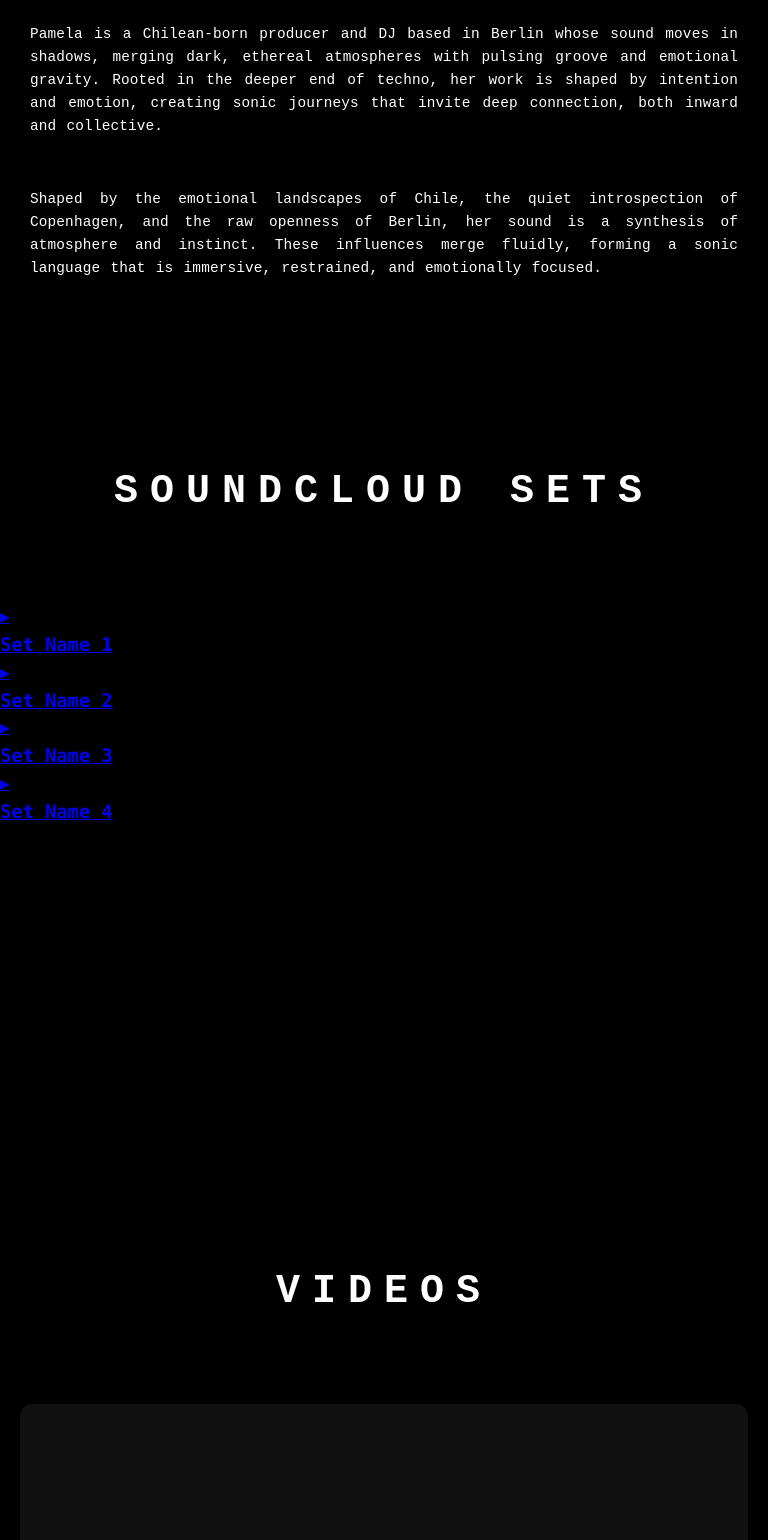
Repository: Svartalv/ReactPortfolio
Page: /
The author's editor kept a copy of each file at every save. The page is drawn from the files as they stood at one save, then again after the next save.
The browser window is 768 px wide. The pictures show the part of the page from y = 1328 to 2868 px (the page is 8122 px tall).
Pictures or frames that could not be fetched are drawn as grey boxes. The project was rebuilt for these pictures with package versions that can differ from the ones it lists, and the page was loaded fresh each time. Also part of the build but not shown: vite.config.js, src/components/Modal.jsx.

Above is the page before, as saved 2025-10-10 16:35:44.

### index.html
<!doctype html>
<html lang="en">
  <head>
    <meta charset="UTF-8" />
    <link rel="icon" type="image/svg+xml" href="/vite.svg" />
    <meta name="viewport" content="width=device-width, initial-scale=1.0" />
    <link rel="preconnect" href="https://fonts.googleapis.com">
    <link rel="preconnect" href="https://fonts.gstatic.com" crossorigin>
    <link href="https://fonts.googleapis.com/css2?family=Cinzel:wght@400;500;600&display=swap" rel="stylesheet">
    <title>react-presskit</title>
  </head>
  <body>
    <div id="root"></div>
    <script type="module" src="/src/main.jsx"></script>
  </body>
</html>

### src/index.css
:root { --bg:#000; --fg:#fff; }
*{box-sizing:border-box;margin:0;padding:0}
html,body,#root{height:100%}
body{
  font-family: ui-monospace, SFMono-Regular, Menlo, Monaco, Consolas, "Liberation Mono", "Courier New", monospace;
  background:var(--bg);
  color:var(--fg);
  line-height:1.6;
  scroll-behavior:smooth;
}

/* NAVBAR */
.navbar{position:sticky;top:0;z-index:50;background:#000;backdrop-filter:blur(10px)}
.nav-container{max-width:1200px;margin:0 auto;padding:20px 40px;display:flex;justify-content:center;align-items:center}
.nav-menu{list-style:none;display:flex;gap:3rem;margin:0;padding:0}
.navbar a{color:#fff;text-decoration:none;opacity:.55;text-transform:uppercase;letter-spacing:.12em;font-size:.9rem;font-weight:500;transition:opacity .3s ease}
.navbar a:hover{opacity:.95}
.mobile-menu-toggle{display:none;background:none;border:none;color:#fff;cursor:pointer;padding:8px}

/* HERO */
.hero{min-height:100vh;position:relative;overflow:hidden;display:flex;align-items:center;justify-content:flex-end;padding-right:20px}
.hero-bg{position:absolute;top:0;left:0;width:100%;height:100%;background-size:cover;background-position:center;background-repeat:no-repeat;background-attachment:fixed}
.floating-social-icons{position:fixed;top:50%;right:30px;transform:translateY(-50%);display:flex;flex-direction:column;gap:25px;z-index:100;opacity:0;animation:fadeInRight 1.5s ease-out 2s forwards}
.floating-social-icons a{color:rgba(255,255,255,.8);padding:12px;width:45px;height:45px;display:grid;place-items:center;text-decoration:none;border-radius:50%;transition:transform .2s, color .2s;font-size:18px;background:none;border:none}
.floating-social-icons a:hover{color:#fff;transform:scale(1.1)}

/* PARALLAX SECTION */
.parallax-section{height:60vh;position:relative;overflow:hidden}
.parallax-bg{position:absolute;top:-20%;left:0;width:100%;height:140%;background-size:cover;background-position:center;background-repeat:no-repeat;background-attachment:fixed;filter:brightness(0.8)}

/* GENERIC SECTIONS */
section{padding:90px 20px}
h2{text-transform:uppercase;letter-spacing:.18em;text-align:center;margin-bottom:36px;font-weight:700}

/* BIO SECTION */
.bio-section { padding: 0; margin-top: 80px; }
.bio-container { display: flex; min-height: 70vh; }
.bio-image { flex: 0 0 40%; position: relative; overflow: hidden; }
.bio-image img { width: 100%; height: 100%; object-fit: cover; display: block; }
.bio-image::before { content: ''; position: absolute; top: 0; left: 0; right: 0; bottom: 0; background: linear-gradient(45deg, rgba(0,0,0,0.1), transparent); z-index: 1; }
.bio-content { flex: 0 0 60%; background: #000; padding: 100px 100px 100px 100px; display: flex; flex-direction: column; justify-content: center; position: relative; }
.bio-content h2 {
  text-align: left;
  margin-bottom: 100px;
  font-size: 3.2rem;
  font-weight: 700;
  letter-spacing: .45em;
  line-height: 1.0;
  opacity: 0;
  font-family: 'Courier New', 'Monaco', 'Menlo', monospace;
  color: #fff;
  text-transform: uppercase;
  transform: translateY(30px);
  transition: all 0.8s ease-out;
}

.bio-content h2.animate {
  opacity: 1;
  transform: translateY(0);
}
.bio-text { margin-bottom: 60px; }
.paragraph-text {
  font-size: 1.1rem;
  line-height: 2.2;
  color: #fff;
  font-weight: 500;
  letter-spacing: 0.01em;
  font-family: 'Courier New', 'Monaco', 'Menlo', monospace;
  opacity: 0;
  margin-bottom: 50px;
  text-align: justify;
  text-justify: inter-word;
  word-spacing: 0.1em;
  transform: translateY(20px);
  transition: all 0.8s ease-out;
}

.paragraph-text.animate {
  opacity: 1;
  transform: translateY(0);
}

.bio-social-icons {
  position: fixed;
  right: 40px;
  top: 50%;
  transform: translateY(-50%);
  display: flex;
  flex-direction: column;
  gap: 25px;
  z-index: 1000;
}

.bio-social-icons a {
  color: #fff;
  text-decoration: none;
  transition: opacity 0.2s;
  font-size: 24px;
}

.bio-social-icons a:hover {
  opacity: 0.7;
}

/* Animations */
@keyframes fadeInUp {
  from {
    opacity: 0;
    transform: translateY(40px);
  }
  to {
    opacity: 1;
    transform: translateY(0);
  }
}

@keyframes fadeInRight {
  from {
    opacity: 0;
    transform: translateY(-50%) translateX(40px);
  }
  to {
    opacity: 1;
    transform: translateY(-50%) translateX(0);
  }
}

@keyframes blink {
  0%, 50% { opacity: 1; }
  51%, 100% { opacity: 0; }
}

@keyframes smoothBlink {
  0%, 60% { opacity: 1; }
  61%, 100% { opacity: 0.3; }
}

@keyframes fadeInParagraph {
  from {
    opacity: 0;
    transform: translateY(20px);
  }
  to {
    opacity: 1;
    transform: translateY(0);
  }
}

/* VIDEO GALLERY */
.video-gallery{display:grid;grid-template-columns:repeat(auto-fit,minmax(340px,1fr));gap:28px;max-width:1200px;margin:0 auto}
.video-item{background:rgba(255,255,255,.05);border-radius:12px;overflow:hidden}
.video-item.featured { grid-column: span 2; }
.video-thumbnail{height:260px}
.video-thumbnail iframe { width: 100%; height: 100%; border: 0; }
.video-info{padding:16px;text-align:center}

@media (max-width: 768px) {
  .video-item.featured { grid-column: span 1; }
  .video-thumbnail { height: 200px; }

  /* Mobile Navbar */
  .nav-container { padding: 15px 20px; justify-content: space-between; }
  .mobile-menu-toggle { display: block; }
  .nav-menu {
    position: fixed;
    top: 70px;
    left: -100%;
    width: 100%;
    height: calc(100vh - 70px);
    background: rgba(0,0,0,0.95);
    backdrop-filter: blur(10px);
    flex-direction: column;
    justify-content: flex-start;
    align-items: center;
    padding-top: 50px;
    gap: 2rem;
    transition: left 0.3s ease;
  }
  .nav-menu-open { left: 0; }
  .navbar a { font-size: 1.1rem; opacity: 0.8; }

  .hero { padding-right: 20px; }
  .hero .social-icons { gap: 20px; }
  .hero-bg { background-attachment: scroll; }
  .parallax-bg { background-attachment: scroll; }

  /* Mobile Bio */
  .bio-section { margin-top: 60px; }
  .bio-container { flex-direction: column; }
  .bio-image { flex: 0 0 40vh; }
  .bio-content { flex: 1; padding: 40px 30px; }
  .bio-content h2 { font-size: 2rem; margin-bottom: 30px; }
  .bio-text { margin-bottom: 30px; }
  .paragraph-text { font-size: 0.9rem; line-height: 1.6; }
  .floating-social-icons { right: 15px; gap: 15px; }
  .floating-social-icons a { width: 40px; height: 40px; font-size: 16px; }
}

/* SOUNDCLOUD SETS SECTION */
.soundcloud-section {
  background: #000;
  padding: 80px 0;
  min-height: 100vh;
}

.soundcloud-header {
  text-align: center;
  margin-bottom: 80px;
}

.soundcloud-header h2 {
  font-family: 'Courier New', 'Monaco', 'Menlo', monospace;
  font-size: 3.5rem;
  font-weight: 700;
  letter-spacing: 0.4em;
  color: #fff;
  text-transform: uppercase;
  opacity: 0;
  transform: translateY(30px);
  transition: all 0.8s ease-out;
}

.soundcloud-header h2.animate {
  opacity: 1;
  transform: translateY(0);
}

.soundcloud-container {
  max-width: 1200px;
  margin: 0 auto;
  padding: 0 40px;
  display: flex;
  flex-direction: column;
  gap: 100px;
}

.soundcloud-poster {
  opacity: 0;
  transform: translateY(60px);
  transition: all 1s ease-out;
}

.soundcloud-poster.animate {
  opacity: 1;
  transform: translateY(0);
}

.soundcloud-player {
  position: relative;
  width: 100%;
  height: 300px;
  background: #111;
  border-radius: 12px;
  overflow: hidden;
  box-shadow: 0 20px 40px rgba(0, 0, 0, 0.4);
  transition: all 0.3s ease;
}

.soundcloud-poster:hover .soundcloud-player {
  transform: translateY(-10px);
  box-shadow: 0 30px 60px rgba(0, 0, 0, 0.6);
}

.soundcloud-player iframe {
  width: 100%;
  height: 100%;
  border: none;
}

.soundcloud-title {
  margin-top: 40px;
  text-align: center;
}

.soundcloud-title h3 {
  font-family: 'Courier New', 'Monaco', 'Menlo', monospace;
  font-size: 2.5rem;
  font-weight: 600;
  color: #fff;
  letter-spacing: 0.15em;
  text-transform: uppercase;
  line-height: 1.2;
}

/* Mobile Responsive for SoundCloud */
@media (max-width: 768px) {
  .soundcloud-section { padding: 60px 0; }
  .soundcloud-header h2 { font-size: 2.5rem; letter-spacing: 0.3em; }
  .soundcloud-container {
    gap: 60px;
    padding: 0 20px;
  }
  .soundcloud-player { height: 200px; }
  .soundcloud-title h3 { font-size: 1.8rem; }
}

/* SOUNDCLOUD SETS SECTION */
.soundcloud-section {
  background: #000;
  padding: 80px 0;
  min-height: 100vh;
}

.soundcloud-header {
  text-align: center;
  margin-bottom: 80px;
}

.soundcloud-header h2 {
  font-family: 'Courier New', 'Monaco', 'Menlo', monospace;
  font-size: 3.5rem;
  font-weight: 700;
  letter-spacing: 0.4em;
  color: #fff;
  text-transform: uppercase;
  opacity: 0;
  transform: translateY(30px);
  transition: all 0.8s ease-out;
}

.soundcloud-header h2.animate {
  opacity: 1;
  transform: translateY(0);
}

.soundcloud-container {
  max-width: 1200px;
  margin: 0 auto;
  padding: 0 40px;
  display: flex;
  flex-direction: column;
  gap: 100px;
}

.soundcloud-poster {
  opacity: 0;
  transform: translateY(60px);
  transition: all 1s ease-out;
}

.soundcloud-poster.animate {
  opacity: 1;
  transform: translateY(0);
}

.soundcloud-player {
  position: relative;
  width: 100%;
  height: 300px;
  background: #111;
  border-radius: 12px;
  overflow: hidden;
  box-shadow: 0 20px 40px rgba(0, 0, 0, 0.4);
  transition: all 0.3s ease;
}

.soundcloud-poster:hover .soundcloud-player {
  transform: translateY(-10px);
  box-shadow: 0 30px 60px rgba(0, 0, 0, 0.6);
}

.soundcloud-player iframe {
  width: 100%;
  height: 100%;
  border: none;
}

.soundcloud-title {
  margin-top: 40px;
  text-align: center;
}

.soundcloud-title h3 {
  font-family: 'Courier New', 'Monaco', 'Menlo', monospace;
  font-size: 2.5rem;
  font-weight: 600;
  color: #fff;
  letter-spacing: 0.15em;
  text-transform: uppercase;
  line-height: 1.2;
}

/* Mobile Responsive for SoundCloud */
@media (max-width: 768px) {
  .soundcloud-section { padding: 60px 0; }
  .soundcloud-header h2 { font-size: 2.5rem; letter-spacing: 0.3em; }
  .soundcloud-container {
    gap: 60px;
    padding: 0 20px;
  }
  .soundcloud-player { height: 200px; }
  .soundcloud-title h3 { font-size: 1.8rem; }
}

/* VIDEOS SECTION - ONE BY ONE */
.videos-section {
  background: #000;
  padding: 80px 0;
  min-height: 100vh;
}

.videos-header {
  text-align: center;
  margin-bottom: 80px;
}

.videos-header h2 {
  font-family: 'Courier New', 'Monaco', 'Menlo', monospace;
  font-size: 3.5rem;
  font-weight: 700;
  letter-spacing: 0.4em;
  color: #fff;
  text-transform: uppercase;
  opacity: 0;
  transform: translateY(30px);
  transition: all 0.8s ease-out;
}

.videos-header h2.animate {
  opacity: 1;
  transform: translateY(0);
}

.videos-container {
  max-width: 1200px;
  margin: 0 auto;
  padding: 0 40px;
  display: flex;
  flex-direction: column;
  gap: 100px;
}

.video-poster {
  opacity: 0;
  transform: translateY(60px);
  transition: all 1s ease-out;
}

.video-poster.animate {
  opacity: 1;
  transform: translateY(0);
}

.video-thumbnail {
  position: relative;
  width: 100%;
  height: 400px;
  background: #111;
  border-radius: 12px;
  overflow: hidden;
  box-shadow: 0 20px 40px rgba(0, 0, 0, 0.4);
  transition: all 0.3s ease;
}

.video-poster:hover .video-thumbnail {
  transform: translateY(-10px);
  box-shadow: 0 30px 60px rgba(0, 0, 0, 0.6);
}

.video-thumbnail iframe {
  width: 100%;
  height: 100%;
  border: none;
}

.video-title {
  margin-top: 40px;
  text-align: center;
}

.video-title h3 {
  font-family: 'Courier New', 'Monaco', 'Menlo', monospace;
  font-size: 2.5rem;
  font-weight: 600;
  color: #fff;
  letter-spacing: 0.15em;
  text-transform: uppercase;
  line-height: 1.2;
}

/* Mobile Responsive */
@media (max-width: 768px) {
  .videos-section { padding: 60px 0; }
  .videos-header h2 { font-size: 2.5rem; letter-spacing: 0.3em; }
  .videos-container {
    gap: 60px;
    padding: 0 20px;
  }
  .video-thumbnail { height: 250px; }
  .video-title h3 { font-size: 1.8rem; }
}
.photo-item{width:220px;height:220px;margin:0 auto;border-radius:10px;overflow:hidden;background:rgba(255,255,255,.05);cursor:pointer;transition:transform .18s ease}
.photo-item:hover { transform: translateY(-4px); }
.photo-item img { width: 100%; height: 100%; object-fit: cover; display: block; }

/* EVENTS */
.events-section .ra-integration{display:grid;grid-template-columns:1fr 2fr;gap:36px;max-width:1100px;margin:0 auto;text-align:left}
.ra-profile { background: rgba(255,255,255,0.05); padding: 20px; border-radius: 10px; }
.ra-link{color:#fff;border:1px solid #fff;padding:10px 16px;border-radius:6px;display:inline-block;margin-top:10px;text-decoration:none}
.event-list { display: flex; flex-direction: column; gap: 12px; }
.event-item{display:flex;gap:16px;align-items:center;background:rgba(255,255,255,.05);padding:16px;border-radius:8px}
.event-date { background: rgba(255,255,255,0.1); padding: 6px 10px; border-radius: 6px; min-width: 90px; text-align: center; }
.events-list { list-style: none; padding: 0; max-width: 700px; margin: 20px auto 0; }
.events-list li { padding: 8px 0; border-bottom: 1px solid rgba(255,255,255,0.1); }

/* TECH RIDER */
.tech-content{max-width:600px;margin:0 auto;display:flex;justify-content:center}
.tech-category { background: rgba(255,255,255,0.05); padding: 24px; border-radius: 8px; }
.tech-category h3 { margin-bottom: 12px; }
.tech-category ul { list-style: none; padding: 0; margin: 0; }
.tech-category li { padding: 10px 0; border-bottom: 1px solid rgba(255,255,255,0.1); }
.tech-category li:last-child { border-bottom: none; }

/* CONTACT */
.contact-section { text-align: center; }

/* MODAL */
.modal-overlay { position: fixed; inset: 0; background: rgba(0,0,0,0.9); display: flex; align-items: center; justify-content: center; z-index: 1000; padding: 20px; }
.modal-content { position: relative; max-width: 90%; max-height: 90%; }
.modal-image { max-width: 100%; max-height: 100%; object-fit: contain; border-radius: 8px; }
.modal-close { position: absolute; top: -40px; right: 0; background: none; border: none; color: #fff; font-size: 2rem; cursor: pointer; }

### src/App.jsx
import { useState } from 'react'
import Navbar from './components/Navbar'
import Hero from './components/Hero'
import Bio from './components/Bio'
import SoundCloudSets from './components/SoundCloudSets'
import Videos from './components/Videos'
import Parallax from './components/Parallax'
import Photos from './components/Photos'
import Events from './components/Events'
import TechRider from './components/TechRider'
import Contact from './components/Contact'
import Modal from './components/Modal'

function App() {
  const [modalImage, setModalImage] = useState(null)

  const openModal = (src) => {
    setModalImage(src)
    document.body.style.overflow = 'hidden'
  }

  const closeModal = () => {
    setModalImage(null)
    document.body.style.overflow = 'auto'
  }

  return (
    <div id="app">
      <Navbar />
      <Hero />
      <Bio />
      <SoundCloudSets />
      <Videos openModal={openModal} />
      <Parallax />
      <Photos openModal={openModal} />
      <Events />
      <TechRider />
      <Contact />
      <Modal modalImage={modalImage} closeModal={closeModal} />
      </div>
  )
}

export default App

### src/components/Hero.jsx
import { FaSpotify, FaSoundcloud, FaInstagram } from 'react-icons/fa'

const Hero = () => {
  return (
    <section id="home" className="hero">
      <div className="hero-bg" style={{backgroundImage: "url('/assets/hero/hero-1.jpeg')"}}></div>
    </section>
  )
}

export default Hero

### src/components/Parallax.jsx
const Parallax = () => {
  return (
    <section className="parallax-section">
      <div className="parallax-bg" style={{backgroundImage: "url('/assets/runes.jpg')"}}></div>
    </section>
  )
}

export default Parallax

### src/components/Photos.jsx
const Photos = ({ openModal }) => {
  return (
    <section id="photos" className="photo-gallery-section">
      <h2>Photo Gallery</h2>
      <div className="photo-grid">
        {Array.from({ length: 6 }).map((_, i) => (
          <div key={i} className="photo-item" onClick={() => openModal('/assets/bio-image.jpg')}>
            <img src="/assets/bio-image.jpg" alt="Pamela Svart" />
          </div>
        ))}
      </div>
    </section>
  )
}

export default Photos

### src/components/Events.jsx
const Events = () => {
  return (
    <section id="events" className="events-section">
      <h2>Latest Events & Gigs</h2>
      <div className="ra-integration">
        <div className="ra-profile">
          <h3>Resident Advisor</h3>
          <p className="ra-text">Follow on Resident Advisor for the latest events and bookings:</p>
          <a className="ra-link" href="https://ra.co/dj/pamelasvart" target="_blank" rel="noreferrer">View Full Profile</a>
        </div>
        <div className="recent-events">
          <h3>Upcoming Events 2025</h3>
          <div className="event-list">
            <div className="event-item">
              <div className="event-date">Aug 17, 2025</div>
              <div className="event-details">
                <h4>MIAW: Pride After Party</h4>
                <p>Jolene, Copenhagen - Denmark</p>
                <span className="event-type">Club Night</span>
              </div>
            </div>
            <div className="event-item">
              <div className="event-date">Aug 11, 2025</div>
              <div className="event-details">
                <h4>SINGULARITY</h4>
                <p>Tresor, Berlin - Germany</p>
                <span className="event-type">Club Night</span>
              </div>
            </div>
          </div>
        </div>
      </div>

      <h3>Past Events 2024</h3>
      <ul className="events-list past">
        <li><strong>Nov 28, 2024:</strong> HÖR Berlin, Berlin - Germany</li>
        <li><strong>Sep 30, 2024:</strong> SINGULARITY, Watergate, Berlin - Germany</li>
      </ul>
    </section>
  )
}

export default Events

### src/components/TechRider.jsx
const TechRider = () => {
  return (
    <section id="tech" className="tech-section">
      <h2>Tech Rider</h2>
      <div className="tech-content">
        <div className="tech-category">
          <h3>DJ Equipment</h3>
          <ul>
            <li>3-4x CDJ-3000 or CDJ-2000NXS2</li>
            <li>1x Xone 96/92 or DJM-V10 or DJM-900NXS2</li>
            <li>1x Headphones (Sennheiser HD-25 or similar)</li>
          </ul>
        </div>
      </div>
    </section>
  )
}

export default TechRider

### src/components/Contact.jsx
const Contact = () => {
  return (
    <section id="contact" className="contact-section">
      <h2>Contact</h2>
      <p>pamelasvart@gmail.com</p>
    </section>
  )
}

export default Contact

Loaded but not shown: src/main.jsx (common file); src/components/Bio.jsx (57 lines, source omitted); src/components/Videos.jsx (83 lines, source omitted); src/components/SoundCloudSets.jsx (79 lines, source omitted); src/components/Navbar.jsx (33 lines, source omitted)

After the next save:
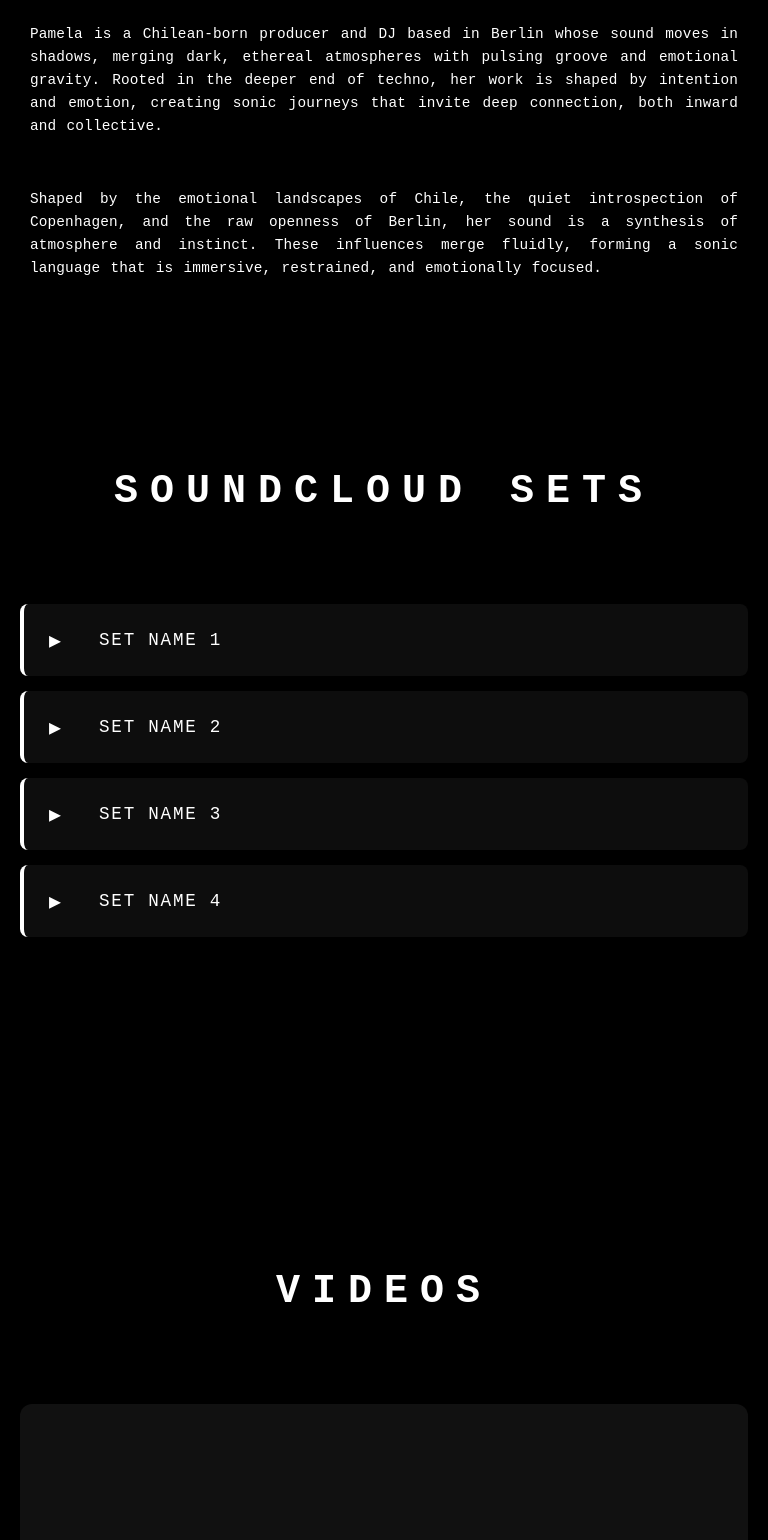
Saved 36 s later.
--- a/src/index.css
+++ b/src/index.css
@@ -323,73 +323,84 @@ h2{text-transform:uppercase;letter-spacing:.18em;text-align:center;margin-bottom
   transform: translateY(0);
 }
 
-.soundcloud-container {
-  max-width: 1200px;
+.soundcloud-list {
+  max-width: 800px;
   margin: 0 auto;
   padding: 0 40px;
   display: flex;
   flex-direction: column;
-  gap: 100px;
-}
-
-.soundcloud-poster {
-  opacity: 0;
-  transform: translateY(60px);
-  transition: all 1s ease-out;
-}
-
-.soundcloud-poster.animate {
-  opacity: 1;
-  transform: translateY(0);
-}
-
-.soundcloud-player {
-  position: relative;
-  width: 100%;
-  height: 300px;
-  background: #111;
-  border-radius: 12px;
-  overflow: hidden;
-  box-shadow: 0 20px 40px rgba(0, 0, 0, 0.4);
+  gap: 20px;
+}
+
+.soundcloud-item {
+  opacity: 0;
+  transform: translateX(-50px);
+  transition: all 0.8s ease-out;
+}
+
+.soundcloud-item.animate {
+  opacity: 1;
+  transform: translateX(0);
+}
+
+.soundcloud-link {
+  display: block;
+  text-decoration: none;
+  color: inherit;
   transition: all 0.3s ease;
 }
 
-.soundcloud-poster:hover .soundcloud-player {
-  transform: translateY(-10px);
-  box-shadow: 0 30px 60px rgba(0, 0, 0, 0.6);
-}
-
-.soundcloud-player iframe {
-  width: 100%;
-  height: 100%;
-  border: none;
-}
-
-.soundcloud-title {
-  margin-top: 40px;
-  text-align: center;
-}
-
-.soundcloud-title h3 {
-  font-family: 'Courier New', 'Monaco', 'Menlo', monospace;
-  font-size: 2.5rem;
-  font-weight: 600;
-  color: #fff;
-  letter-spacing: 0.15em;
-  text-transform: uppercase;
-  line-height: 1.2;
+.soundcloud-link:hover {
+  transform: translateX(20px);
+}
+
+.soundcloud-content {
+  display: flex;
+  align-items: center;
+  gap: 30px;
+  padding: 25px 40px;
+  background: rgba(255, 255, 255, 0.05);
+  border-radius: 8px;
+  border-left: 4px solid #fff;
+  transition: all 0.3s ease;
+}
+
+.soundcloud-link:hover .soundcloud-content {
+  background: rgba(255, 255, 255, 0.1);
+  border-left-color: #ff5500;
+}
+
+.play-icon {
+  font-size: 24px;
+  color: #fff;
+  font-weight: bold;
+  min-width: 30px;
+}
+
+.soundcloud-content h3 {
+  font-family: 'Courier New', 'Monaco', 'Menlo', monospace;
+  font-size: 1.4rem;
+  font-weight: 500;
+  color: #fff;
+  letter-spacing: 0.1em;
+  text-transform: uppercase;
+  margin: 0;
 }
 
 /* Mobile Responsive for SoundCloud */
 @media (max-width: 768px) {
   .soundcloud-section { padding: 60px 0; }
   .soundcloud-header h2 { font-size: 2.5rem; letter-spacing: 0.3em; }
-  .soundcloud-container {
-    gap: 60px;
+  .soundcloud-list {
+    gap: 15px;
     padding: 0 20px;
   }
-  .soundcloud-player { height: 200px; }
-  .soundcloud-title h3 { font-size: 1.8rem; }
+  .soundcloud-content {
+    padding: 20px 25px;
+    gap: 20px;
+  }
+  .soundcloud-content h3 { font-size: 1.1rem; }
+  .play-icon { font-size: 20px; }
 }
 
 /* VIDEOS SECTION - ONE BY ONE */
